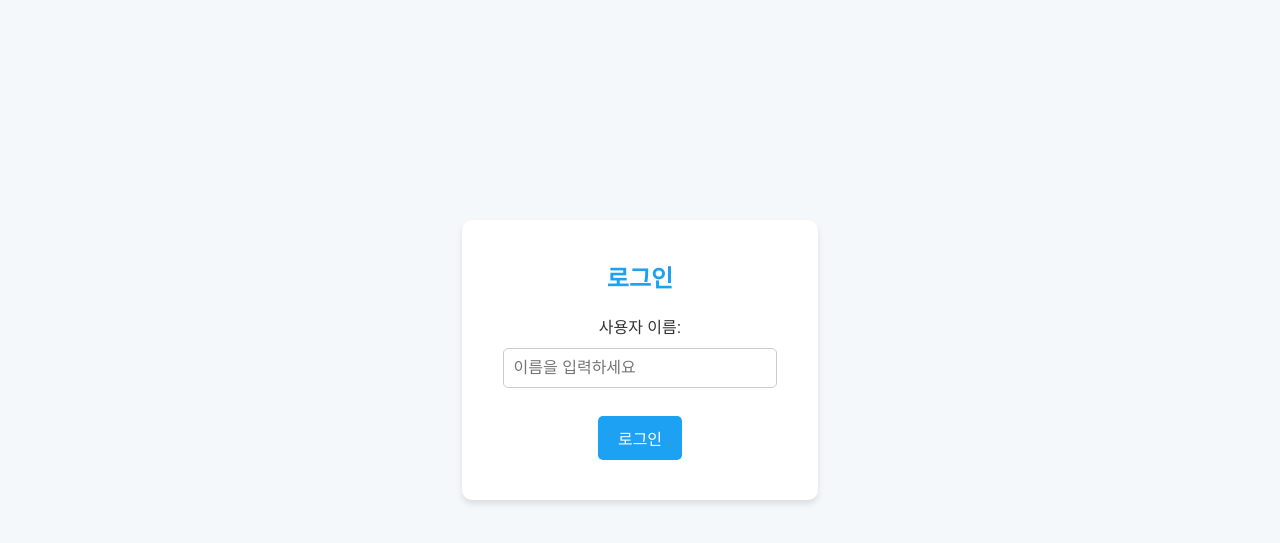
Repository: topblame/Bootcamp
Page: http://localhost/JSP_250408/chapter01/08_twitter.jsp
An editor plug-in stored every save of this project. The page is shown before and after the next save, followed by the edit.
The browser window is 1280 px wide. The pictures show the whole page.
The page is served by Tomcat 9. Other server files are loaded and not shown.

Above is the page before, as saved 2025-06-25 02:06:42.

### WebMvc/JSP_250408/src/main/webapp/chapter01/08_twitter.jsp
<%@ page language="java" contentType="text/html; charset=UTF-8"
    pageEncoding="UTF-8"%>
<!DOCTYPE html PUBLIC "-//W3C//DTD HTML 4.01 Transitional//EN" "http://www.w3.org/TR/html4/loose.dtd">
<html>
<head>
<meta http-equiv="Content-Type" content="text/html; charset=UTF-8">
<title>twitter</title>
<link rel = "stylesheet" type = "text/css" href = "../css/twitter.css">
</head>
<body>
	<div align="center">
      <h2>로그인</h2>
      <form method="POST" action="twitter_list.jsp">
         <label>사용자 이름:</label>
         <input type="text" name="username" placeholder="이름을 입력하세요" required /> <br>
         <br> <input type="submit" value="로그인" />
      </form>
   </div>
</body>
</html>

### WebMvc/JSP_250408/src/main/webapp/css/twitter.css
@charset "UTF-8";

/* 기본 설정 */
body {
    font-family: Arial, sans-serif;
    margin: 0;
    padding: 0;
    background-color: #f5f8fa;
    color: #333;
    display: flex;
    justify-content: center;
    align-items: center;
    height: 100vh;
}

/* 공통 컨테이너 스타일 */
div {
    max-width: 600px;
    margin: 50px auto;
    padding: 20px;
    background-color: #ffffff;
    border-radius: 10px;
    box-shadow: 0 4px 6px rgba(0, 0, 0, 0.1);
}

/* 제목 스타일 */
h2, h3, h4 {
    color: #1da1f2;
    text-align: center;
}

/* 입력 폼 스타일 */
form {
    margin: 20px 0;
    text-align: center;
}

input[type="text"] {
    width: 80%;
    padding: 10px;
    margin: 10px 0;
    border: 1px solid #ccc;
    border-radius: 5px;
    font-size: 16px;
}

input[type="submit"] {
    background-color: #1da1f2;
    color: white;
    padding: 10px 20px;
    border: none;
    border-radius: 5px;
    font-size: 16px;
    cursor: pointer;
    transition: background-color 0.3s ease;
}

input[type="submit"]:hover {
    background-color: #0d8cd9;
}

 input[type="reset"] {
    background-color: #1da1f2;
    color: white;
    padding: 10px 20px;
    border: none;
    border-radius: 5px;
    font-size: 16px;
    cursor: pointer;
    transition: background-color 0.3s ease;
    }

 input[type="reset"]:hover {
        background-color: #45a049;
    }

/* 트윗 리스트 스타일 */
ul {
    list-style-type: none;
    padding: 0;
}

li {
    padding: 10px;
    margin: 10px 0;
    background-color: #f0f8ff;
    border-left: 5px solid #1da1f2;
    border-radius: 5px;
    font-size: 14px;
    display: flex;
    justify-content: space-between;
    align-items: center;
}

li form {
    margin: 0;
}

li input[type="submit"] {
    background-color: #ff4d4d;
    padding: 5px 10px;
    font-size: 14px;
    border-radius: 3px;
}

li input[type="submit"]:hover {
    background-color: #e60000;
}

/* 버튼 스타일 */
a {
    display: inline-block;
    margin: 10px 5px;
    padding: 10px 20px;
    text-decoration: none;
    background-color: #1da1f2;
    color: white;
    border-radius: 5px;
    font-size: 14px;
    text-align: center;
    transition: background-color 0.3s ease;
}

a:hover {
    background-color: #0d8cd9;
}

table {
            width: 100%;
            border-collapse: collapse;
        }
td {
    padding: 10px;
    text-align: left;
}

After the next save:
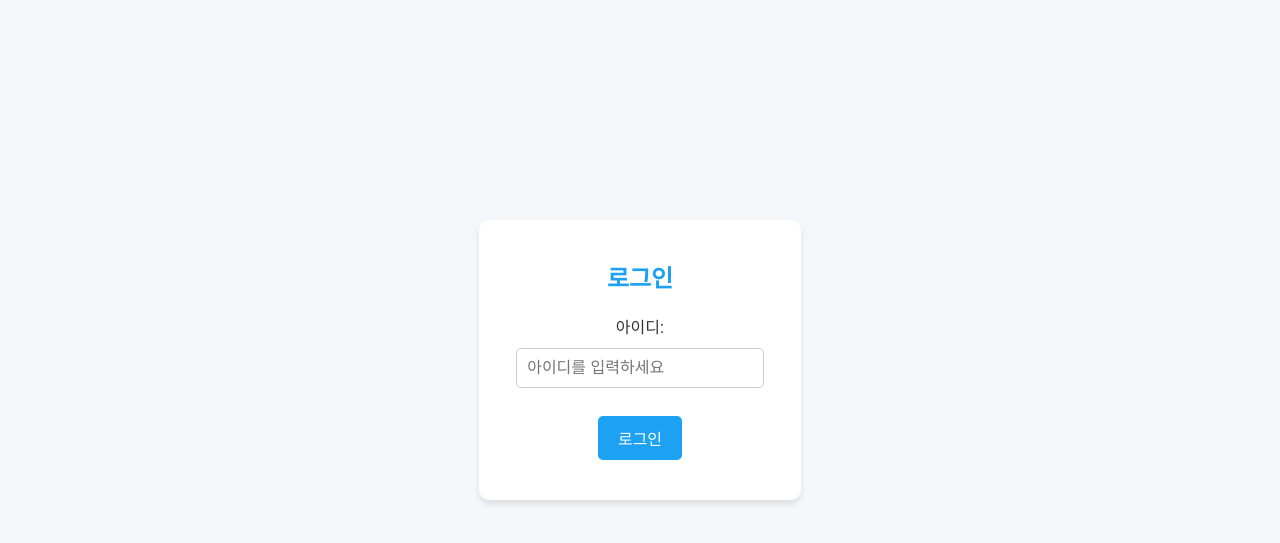
Saved 36 s later.
--- a/WebMvc/JSP_250408/src/main/webapp/chapter01/08_twitter.jsp
+++ b/WebMvc/JSP_250408/src/main/webapp/chapter01/08_twitter.jsp
@@ -11,8 +11,8 @@
 	<div align="center">
       <h2>로그인</h2>
       <form method="POST" action="twitter_list.jsp">
-         <label>사용자 이름:</label>
-         <input type="text" name="username" placeholder="이름을 입력하세요" required /> <br>
+         <label>아이디:</label>
+         <input type="text" name="username" placeholder="아이디를 입력하세요" required /> <br>
          <br> <input type="submit" value="로그인" />
       </form>
    </div>
